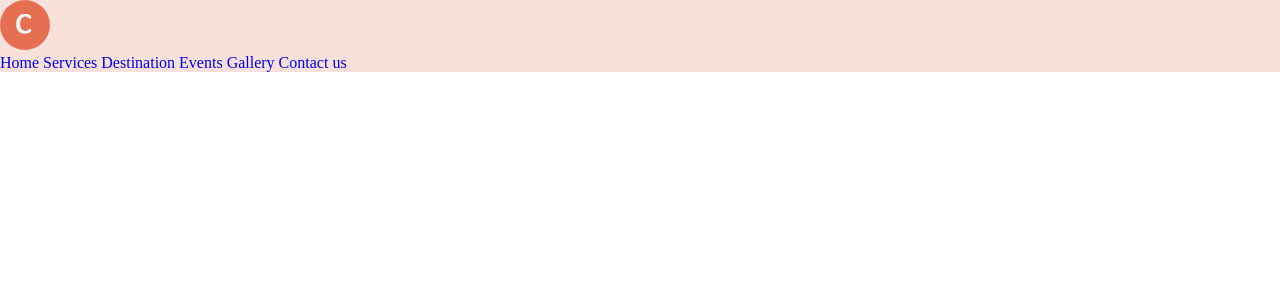
Repository: giahuy405/BC38_Camping_Pham_Gia_Huy
Page: index.html
An editor plug-in stored every save of this project. The page is shown before and after the next save, followed by the edit.
The browser window is 1280 px wide. The pictures show the whole page.

Above is the page before, as saved 2022-09-10 21:06:06.

After the next save:
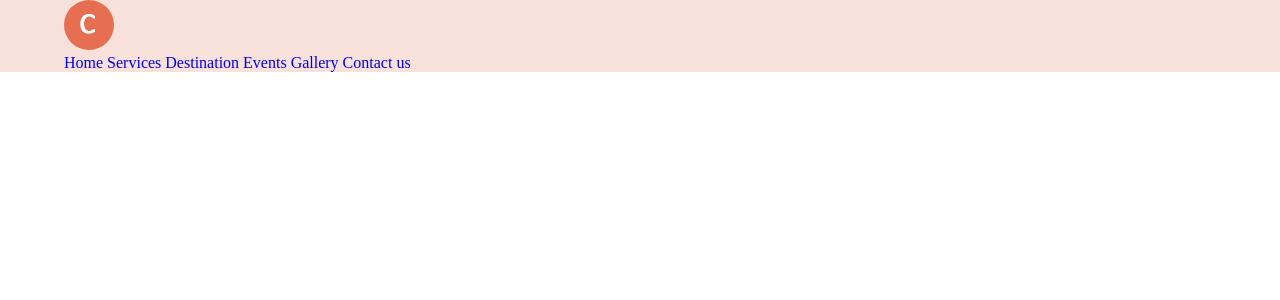
Saved 17 s later.
--- a/index.html
+++ b/index.html
@@ -9,7 +9,8 @@
 </head>
 <body>
     <header>
-        <img src="./img/logoicon.png" alt="Logo">
+        <div class="container">
+            <img src="./img/logoicon.png" alt="Logo">
         <nav><ul>
             <li><a href="#">Home</a></li>
             <li><a href="#">Services</a></li>
@@ -18,6 +19,7 @@
             <li><a href="#">Gallery</a></li>
             <li><a href="#">Contact us</a></li>
         </ul></nav>
+        </div>
     </header>
 </body>
 </html>
